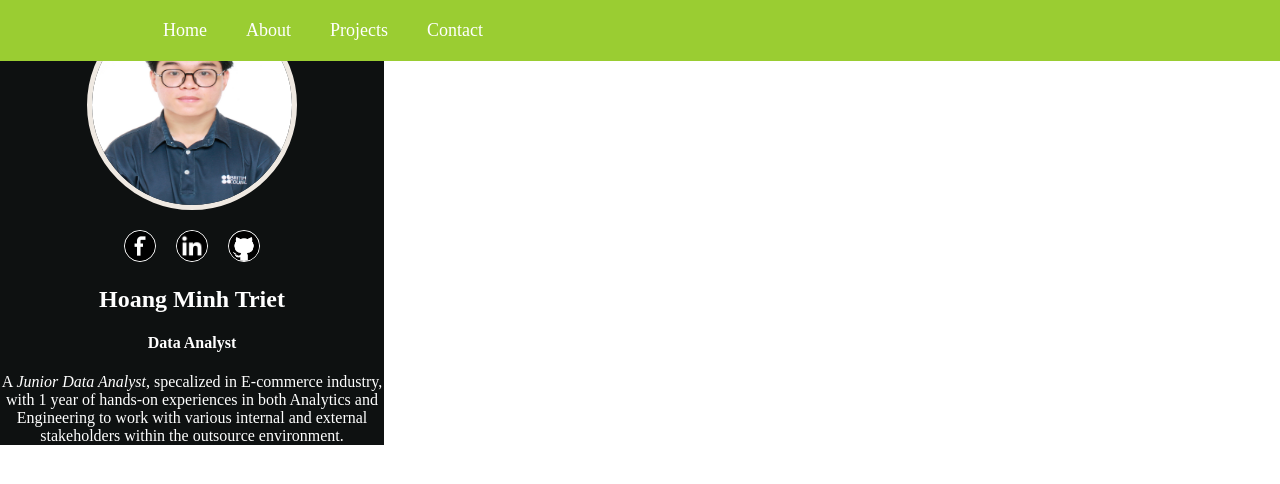
Repository: MinnTrit/personal_website
Page: http://localhost/
These files come from the project's save history. The page is drawn as it stood at one moment and after the next save; the edit follows.
The browser window is 1280 px wide. The pictures show the whole page.
The page is served by the project's application, run on Flask 3 (app.py).

Above is the page before, as saved 2025-01-29 11:50:54.

After the next save:
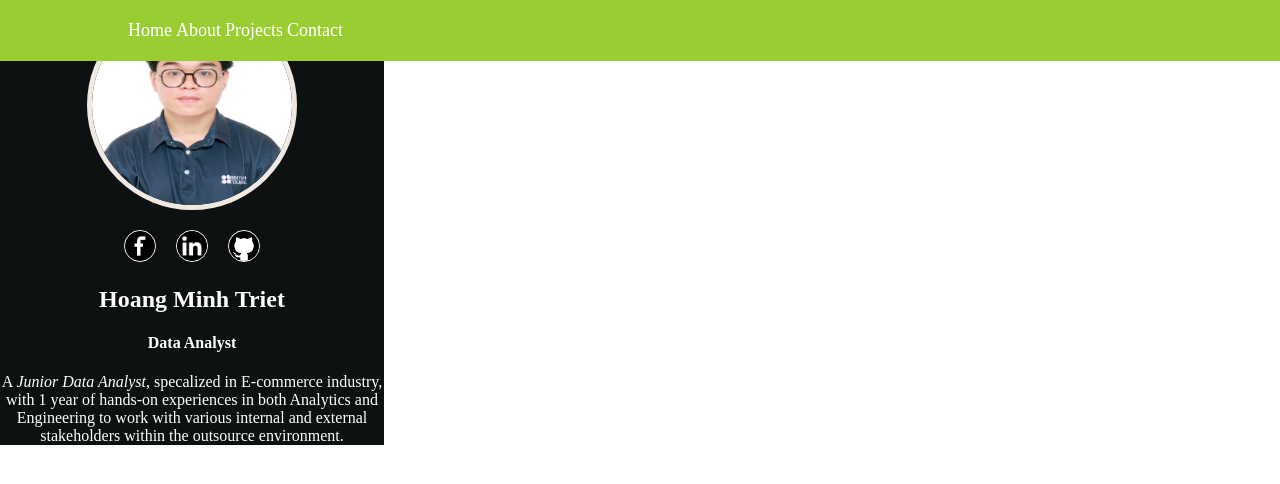
Saved 15 s later.
--- a/static/css/styles.css
+++ b/static/css/styles.css
@@ -16,7 +16,7 @@ header {
     color: white;
     text-decoration: none;
     font-weight: 500;
-    margin-left: 35px;
+    margin-right: 0px;
 }
 
 html, body {
